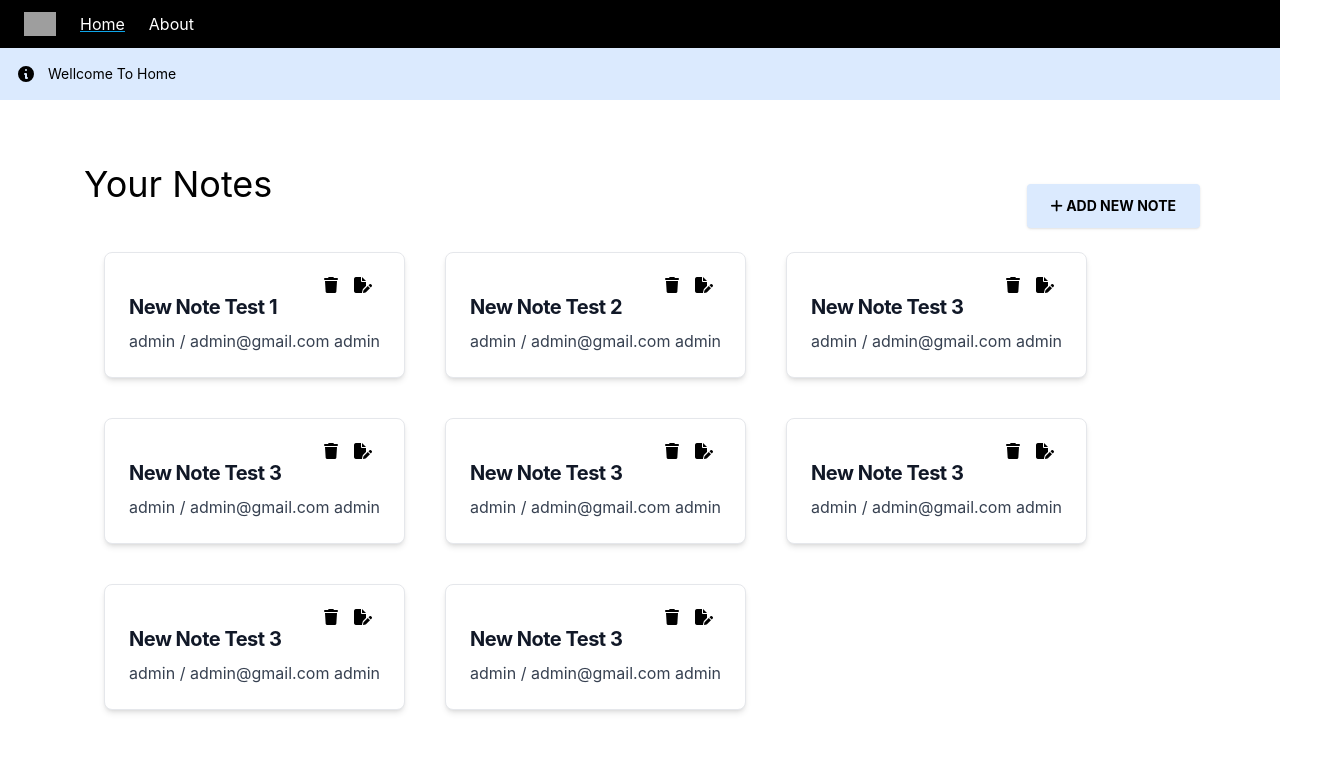
Repository: sonawaneteju4/iNote
Page: /
An editor plug-in stored every save of this project. The page is shown before and after a run of saves, followed by the edit.
The browser window is 1280 px wide. The page is 1324 px wide, so the pictures cover 1324 px, including what lies to the right of the window. The pictures show the whole page.
Pictures or frames that could not be fetched are drawn as grey boxes. Some web libraries are served in a nearby version. The project was rebuilt for these pictures with package versions that can differ from the ones it lists, and the page was loaded fresh each time. Also part of the build but not shown: src/components/AddNote.js, src/components/About.js.

Above is the page before, as saved 2022-10-11 11:10:08.

After the next 2 saves:
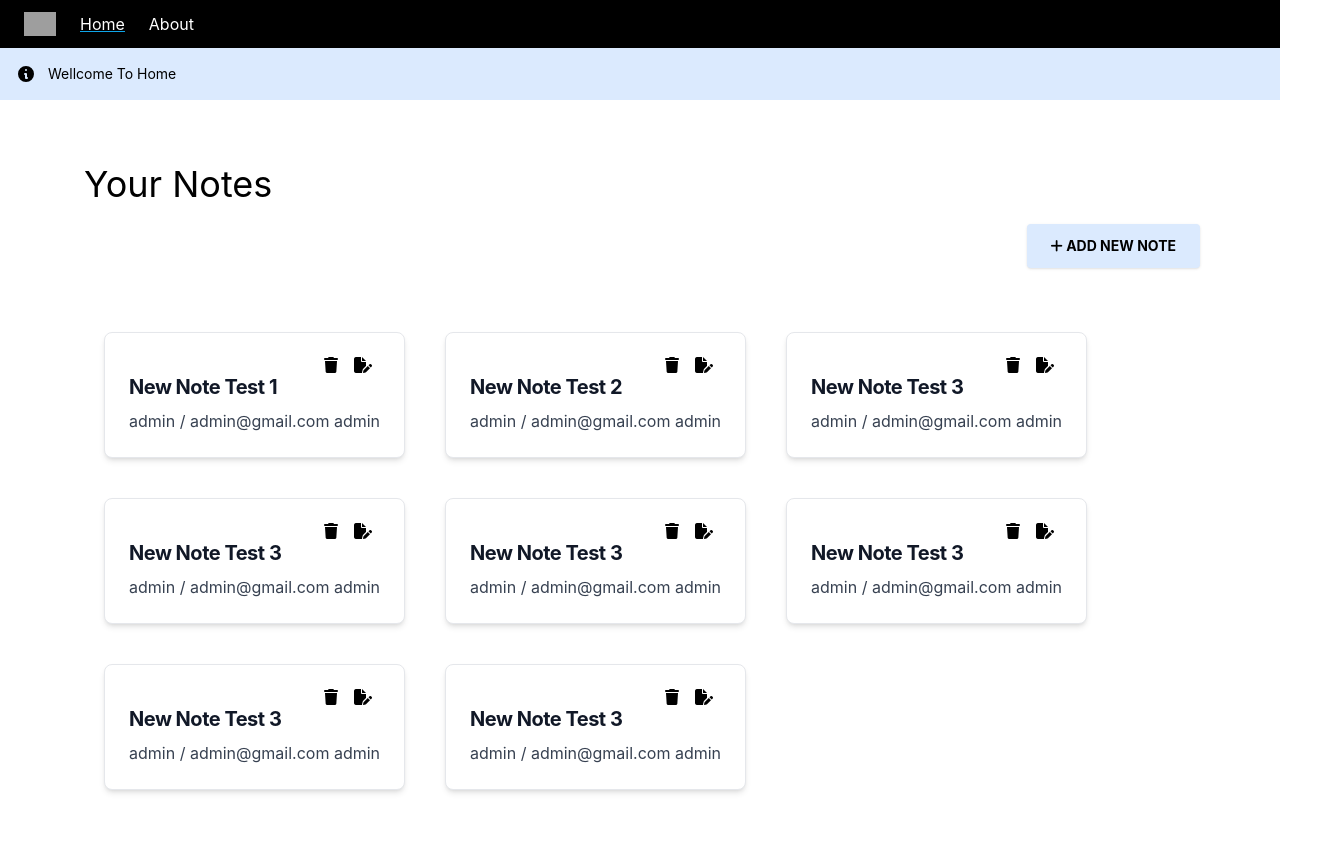
The 2 saves are shown as one change because they came seconds apart.
The last was saved 15 s later.
--- a/src/components/Notes.js
+++ b/src/components/Notes.js
@@ -12,7 +12,7 @@
     <div>
 <div className='flex flex-row justify-between'>
       <h1 className='py-5 text-4xl'>Your Notes</h1>
-      <div className='mx-20'>
+      <div className='mx-20 my-10'>
 
       <button
         className="bg-blue-100  text-black active:bg-pink-600 font-bold uppercase text-sm my-10 px-6 py-3 rounded shadow hover:shadow-lg outline-none focus:outline-none mr-1 mb-1 ease-linear transition-all duration-150"

After the save that followed:
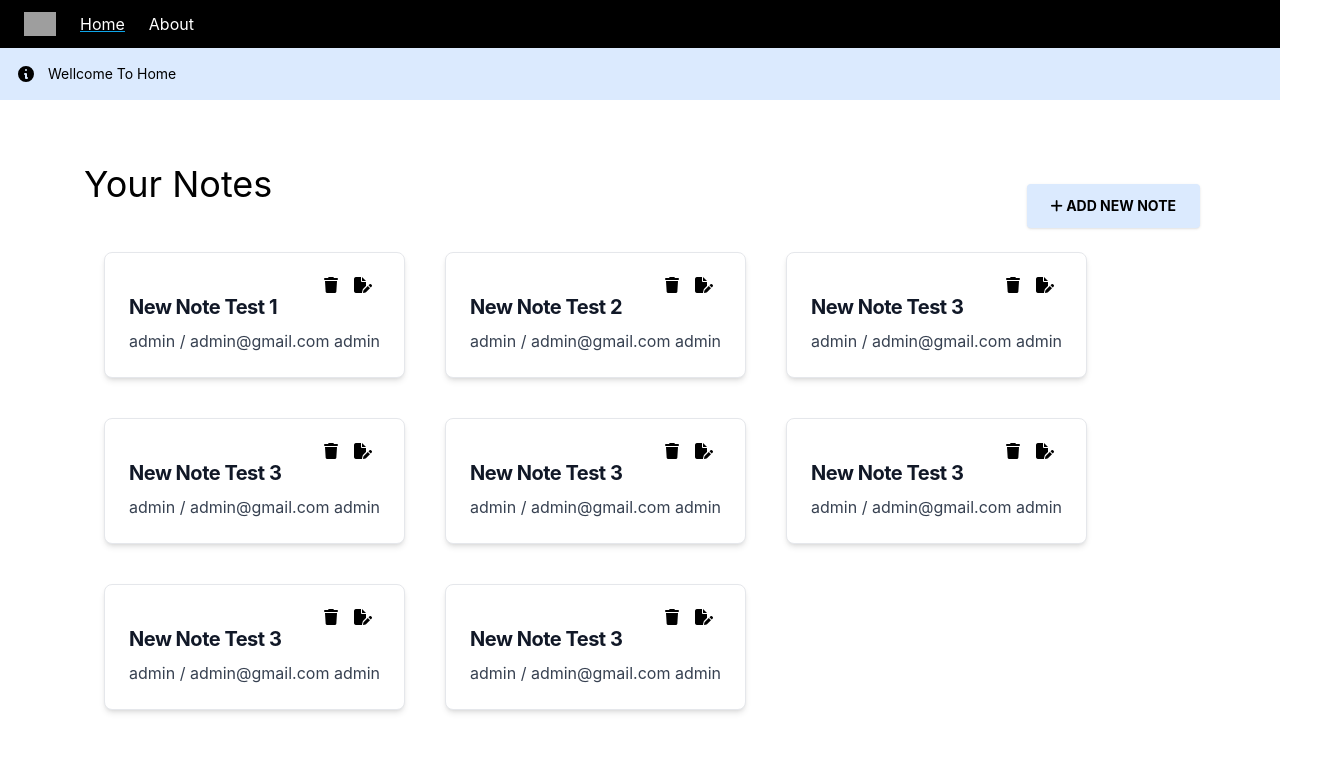
Saved 5 s later.
--- a/src/components/Notes.js
+++ b/src/components/Notes.js
@@ -12,7 +12,7 @@
     <div>
 <div className='flex flex-row justify-between'>
       <h1 className='py-5 text-4xl'>Your Notes</h1>
-      <div className='mx-20 my-10'>
+      <div className='mx-20'>
 
       <button
         className="bg-blue-100  text-black active:bg-pink-600 font-bold uppercase text-sm my-10 px-6 py-3 rounded shadow hover:shadow-lg outline-none focus:outline-none mr-1 mb-1 ease-linear transition-all duration-150"
